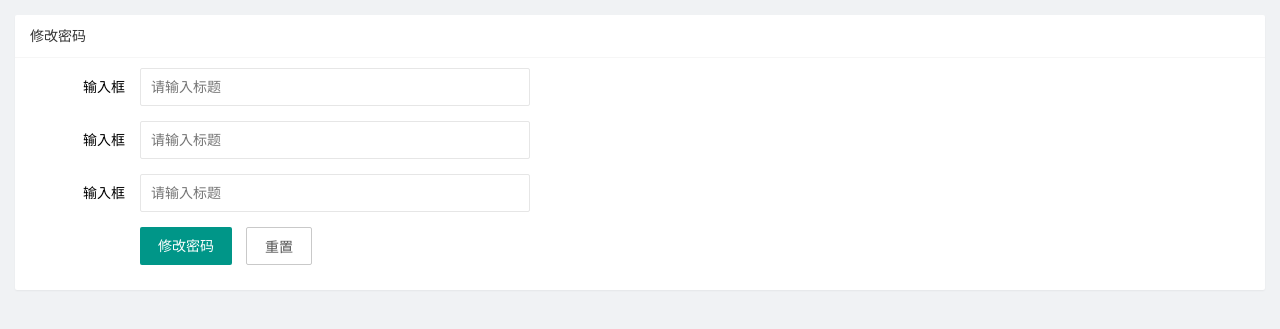
Repository: toastname/openread
Page: User/user_pwd.html
The author's editor kept a copy of each file at every save. The page is drawn from the files as they stood at one save, then again after the next save.
The browser window is 1280 px wide. The pictures show the whole page.

Above is the page before, as saved 2021-06-14 19:08:05.

After the next save:
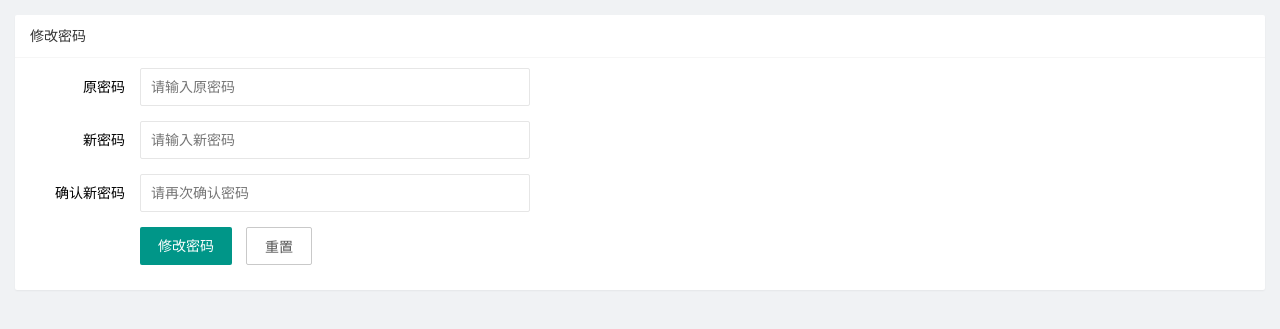
Saved 5 min 1 s later.
--- a/User/user_pwd.html
+++ b/User/user_pwd.html
@@ -16,21 +16,21 @@
         <div class="layui-card-body">
             <form class="layui-form" action="">
                 <div class="layui-form-item">
-                    <label class="layui-form-label">输入框</label>
+                    <label class="layui-form-label">原密码</label>
                     <div class="layui-input-block">
-                        <input type="text" name="title" required lay-verify="required" placeholder="请输入标题" autocomplete="off" class="layui-input">
+                        <input type="password" name="oldPwd" required lay-verify="required" placeholder="请输入原密码" autocomplete="off" class="layui-input">
                     </div>
                 </div>
                 <div class="layui-form-item">
-                    <label class="layui-form-label">输入框</label>
+                    <label class="layui-form-label">新密码</label>
                     <div class="layui-input-block">
-                        <input type="text" name="title" required lay-verify="required" placeholder="请输入标题" autocomplete="off" class="layui-input">
+                        <input type="password" name="newPwd" required lay-verify="required" placeholder="请输入新密码" autocomplete="off" class="layui-input">
                     </div>
                 </div>
                 <div class="layui-form-item">
-                    <label class="layui-form-label">输入框</label>
+                    <label class="layui-form-label">确认新密码</label>
                     <div class="layui-input-block">
-                        <input type="text" name="title" required lay-verify="required" placeholder="请输入标题" autocomplete="off" class="layui-input">
+                        <input type="password" name="repwd" required lay-verify="required" placeholder="请再次确认密码" autocomplete="off" class="layui-input">
                     </div>
                 </div>
                 <div class="layui-form-item">
@@ -42,6 +42,9 @@
             </form>
         </div>
     </div>
+
+    <!-- 导入layui的script -->
+    <script src="../lib/layui/layui.js"></script>
 </body>
 
 </html>
